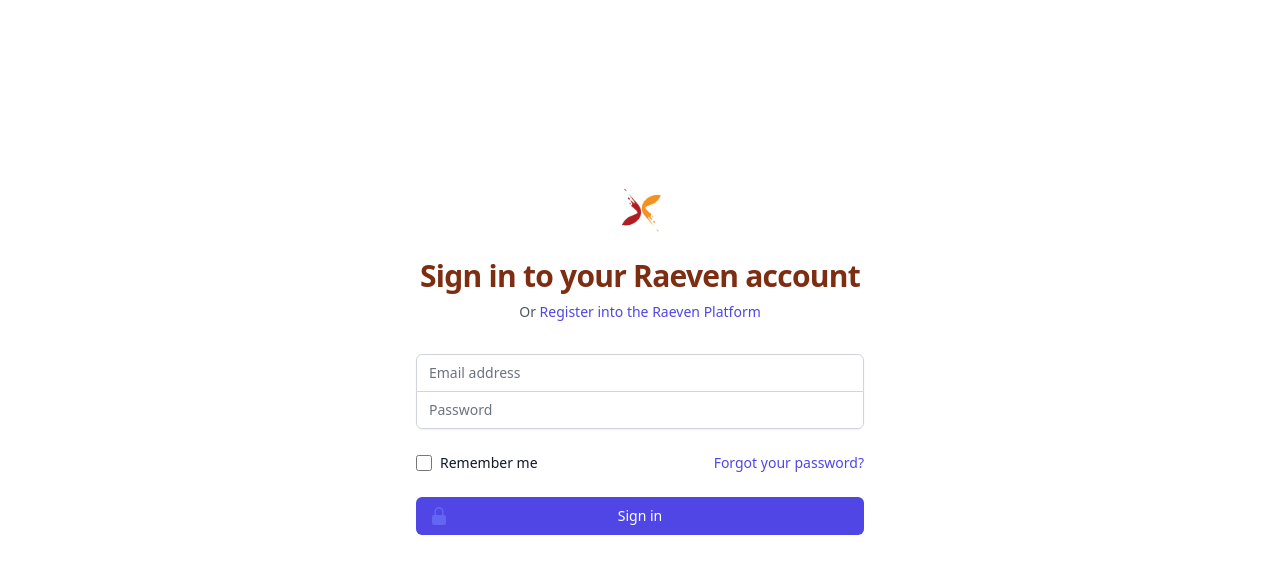
Repository: Curiosityxploring/raeven-site
Page: /login
The author's editor kept a copy of each file at every save. The page is drawn from the files as they stood at one save, then again after the next save.
The browser window is 1280 px wide. The pictures show the whole page.
The project was rebuilt for these pictures with package versions that can differ from the ones it lists, and the page was loaded fresh each time. The framework's server and built-in components were replaced by stand-ins that run in the browser. Also part of the build but not shown: next.config.js.

Above is the page before, as saved 2023-01-12 15:21:06.

After the next save:
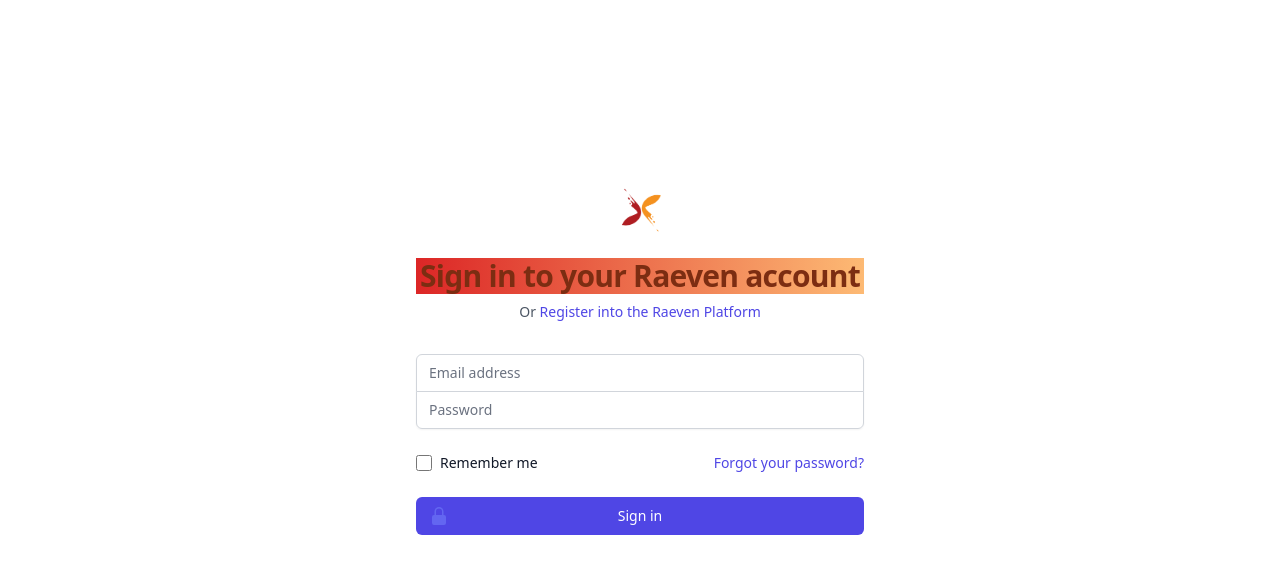
Saved 102 s later.
--- a/pages/login.jsx
+++ b/pages/login.jsx
@@ -20,7 +20,7 @@
               src="/images/curiositylogo.png"
               alt="Your Company"
             />
-            <h2 className="mt-6 text-center text-3xl font-bold tracking-tight text-orange-900">
+            <h2 className="mt-6 text-center text-3xl font-bold tracking-tight text-orange-900  bg-gradient-to-r from-red-600 to-orange-300">
               Sign in to your Raeven account
             </h2>
             <p className="mt-2 text-center text-sm text-gray-600">
